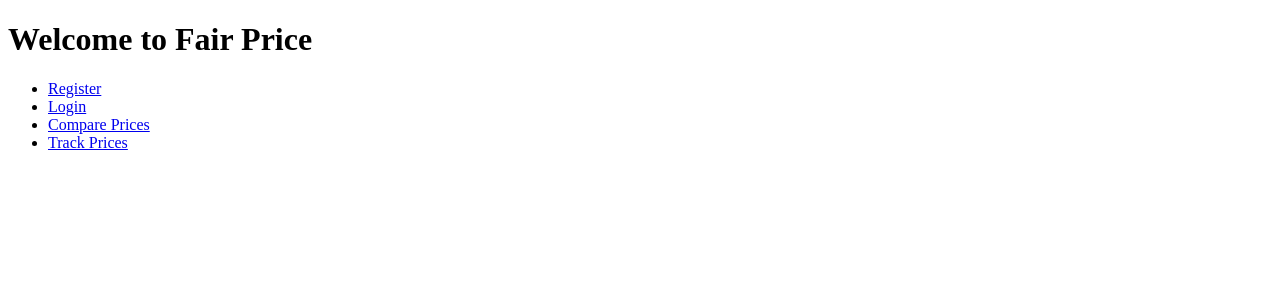
Repository: KanmegneTabouguie/Fairprice
Page: http://localhost/
These files come from the project's save history. The page is drawn as it stood at one moment and after a run of saves; the edit follows.
The browser window is 1280 px wide. The pictures show the whole page.
The page is served by the project's application, run on Flask 3 (main.py).

Above is the page before, as saved 2024-06-27 10:12:15.

### templates/home.html
<!DOCTYPE html>
<html lang="en">
<head>
    <meta charset="UTF-8">
    <title>Home</title>
</head>
<body>
    <h1>Welcome to Fair Price</h1>
    <nav>
        <ul>
            <li><a href="{{ url_for('register') }}">Register</a></li>
            <li><a href="{{ url_for('login') }}">Login</a></li>
            <li><a href="{{ url_for('compare_prices') }}">Compare Prices</a></li>
            <li><a href="{{ url_for('track_price') }}">Track Prices</a></li>
        </ul>
    </nav>
</body>
</html>

### main.py
from flask import Flask, jsonify, request, render_template, redirect, url_for
from flask_sqlalchemy import SQLAlchemy
from werkzeug.security import generate_password_hash, check_password_hash
import requests
import datetime
import numpy as np
from sklearn.preprocessing import MinMaxScaler
from keras.models import Sequential
from keras.layers import Dense, LSTM

app = Flask(__name__)
app.config['SQLALCHEMY_DATABASE_URI'] = 'sqlite:///prices.db'
app.config['SQLALCHEMY_TRACK_MODIFICATIONS'] = False
db = SQLAlchemy(app)

SERP_API_KEY = 'f89c9cc417e54bc265889dc64de7a0311943c49a466610515ebd2d898426ce1b'  # Replace with your actual SERP API key

class User(db.Model):
    id = db.Column(db.Integer, primary_key=True)
    username = db.Column(db.String(80), unique=True, nullable=False)
    password = db.Column(db.String(120), nullable=False)

class PriceHistory(db.Model):
    id = db.Column(db.Integer, primary_key=True)
    product = db.Column(db.String(100), nullable=False)
    price = db.Column(db.Float, nullable=False)
    timestamp = db.Column(db.DateTime, default=datetime.datetime.utcnow)

with app.app_context():
    db.create_all()

def fetch_prices(query):
    url = f"https://serpapi.com/search.json?engine=google&q={query}&api_key={SERP_API_KEY}"
    response = requests.get(url)
    data = response.json()
    prices = []
    for result in data.get('shopping_results', []):
        prices.append({
            'title': result['title'],
            'price': result['price'],
            'link': result['link'],
        })
    return prices

@app.route('/')
def home():
    return render_template('home.html')

@app.route('/login', methods=['GET', 'POST'])
def login():
    if request.method == 'POST':
        username = request.form['username']
        password = request.form['password']
        user = User.query.filter_by(username=username).first()
        if user and check_password_hash(user.password, password):
            return redirect(url_for('home', message="Login successful!"))
        else:
            return render_template('login.html', message="Invalid username or password")
    return render_template('login.html')

@app.route('/register', methods=['GET', 'POST'])
def register():
    if request.method == 'POST':
        username = request.form['username']
        password = request.form['password']
        if User.query.filter_by(username=username).first():
            return render_template('register.html', message="Username already exists")
        hashed_password = generate_password_hash(password)
        new_user = User(username=username, password=hashed_password)
        db.session.add(new_user)
        db.session.commit()
        return redirect(url_for('home', message="User registered successfully"))
    return render_template('register.html')

@app.route('/compare_prices', methods=['GET'])
def compare_prices():
    query = request.args.get('query')
    if query:
        prices = fetch_prices(query)
        return render_template('compare.html', prices=prices)
    return render_template('compare.html')

@app.route('/track', methods=['GET', 'POST'])
def track_price():
    if request.method == 'POST':
        product = request.form['product']
        price = request.form['price']
        if product and price:
            new_price = PriceHistory(product=product, price=float(price))
            db.session.add(new_price)
            db.session.commit()
            return render_template('track.html', message="Price tracked successfully")
        else:
            return render_template('track.html', message="Product and price are required")
    return render_template('track.html')

@app.route('/history/<product>', methods=['GET'])
def get_price_history(product):
    prices = PriceHistory.query.filter_by(product=product).all()
    if not prices:
        return jsonify({"error": "Product not found"}), 404
    price_list = [{"price": p.price, "timestamp": p.timestamp.isoformat()} for p in prices]
    return jsonify(price_list)

def prepare_data(prices):
    prices = np.array([p.price for p in prices]).reshape(-1, 1)
    scaler = MinMaxScaler(feature_range=(0, 1))
    prices = scaler.fit_transform(prices)
    X, y = [], []
    for i in range(3, len(prices)):
        X.append(prices[i-3:i, 0])
        y.append(prices[i, 0])
    X, y = np.array(X), np.array(y)
    X = np.reshape(X, (X.shape[0], X.shape[1], 1))
    return X, y, scaler

@app.route('/predict', methods=['POST'])
def predict_price():
    product = request.json.get('product')
    prices = PriceHistory.query.filter_by(product=product).all()
    if not product or not prices:
        return jsonify({"error": "Product not found or no price history available"}), 400
    if len(prices) < 4:
        return jsonify({"error": "Not enough data to make a prediction"}), 400

    X, y, scaler = prepare_data(prices)

    model = Sequential()
    model.add(LSTM(units=50, return_sequences=True, input_shape=(X.shape[1], 1)))
    model.add(LSTM(units=50))
    model.add(Dense(1))
    model.compile(optimizer='adam', loss='mean_squared_error')
    model.fit(X, y, epochs=20, batch_size=1, verbose=0)

    last_prices = np.array([p.price for p in prices[-3:]]).reshape(-1, 1)
    last_prices = scaler.transform(last_prices)
    last_prices = np.reshape(last_prices, (1, last_prices.shape[0], 1))

    predicted_price = model.predict(last_prices)
    predicted_price = scaler.inverse_transform(predicted_price)[0][0]

    return jsonify({"predicted_price": predicted_price})

if __name__ == '__main__':
    app.run(debug=True)

After the next 2 saves:
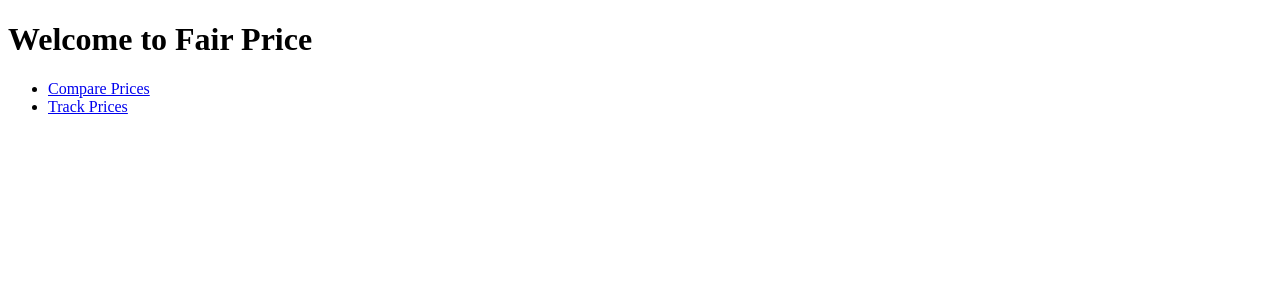
The 2 saves are shown as one change because 1 did not build or start.
The last was saved 3 min 35 s later.
--- a/templates/home.html
+++ b/templates/home.html
@@ -8,8 +8,6 @@
     <h1>Welcome to Fair Price</h1>
     <nav>
         <ul>
-            <li><a href="{{ url_for('register') }}">Register</a></li>
-            <li><a href="{{ url_for('login') }}">Login</a></li>
             <li><a href="{{ url_for('compare_prices') }}">Compare Prices</a></li>
             <li><a href="{{ url_for('track_price') }}">Track Prices</a></li>
         </ul>
--- a/main.py
+++ b/main.py
@@ -1,6 +1,5 @@
 from flask import Flask, jsonify, request, render_template, redirect, url_for
 from flask_sqlalchemy import SQLAlchemy
-from werkzeug.security import generate_password_hash, check_password_hash
 import requests
 import datetime
 import numpy as np
@@ -14,11 +13,6 @@ app.config['SQLALCHEMY_TRACK_MODIFICATIONS'] = False
 db = SQLAlchemy(app)
 
 SERP_API_KEY = 'f89c9cc417e54bc265889dc64de7a0311943c49a466610515ebd2d898426ce1b'  # Replace with your actual SERP API key
-
-class User(db.Model):
-    id = db.Column(db.Integer, primary_key=True)
-    username = db.Column(db.String(80), unique=True, nullable=False)
-    password = db.Column(db.String(120), nullable=False)
 
 class PriceHistory(db.Model):
     id = db.Column(db.Integer, primary_key=True)
@@ -45,32 +39,6 @@ def fetch_prices(query):
 @app.route('/')
 def home():
     return render_template('home.html')
-
-@app.route('/login', methods=['GET', 'POST'])
-def login():
-    if request.method == 'POST':
-        username = request.form['username']
-        password = request.form['password']
-        user = User.query.filter_by(username=username).first()
-        if user and check_password_hash(user.password, password):
-            return redirect(url_for('home', message="Login successful!"))
-        else:
-            return render_template('login.html', message="Invalid username or password")
-    return render_template('login.html')
-
-@app.route('/register', methods=['GET', 'POST'])
-def register():
-    if request.method == 'POST':
-        username = request.form['username']
-        password = request.form['password']
-        if User.query.filter_by(username=username).first():
-            return render_template('register.html', message="Username already exists")
-        hashed_password = generate_password_hash(password)
-        new_user = User(username=username, password=hashed_password)
-        db.session.add(new_user)
-        db.session.commit()
-        return redirect(url_for('home', message="User registered successfully"))
-    return render_template('register.html')
 
 @app.route('/compare_prices', methods=['GET'])
 def compare_prices():
